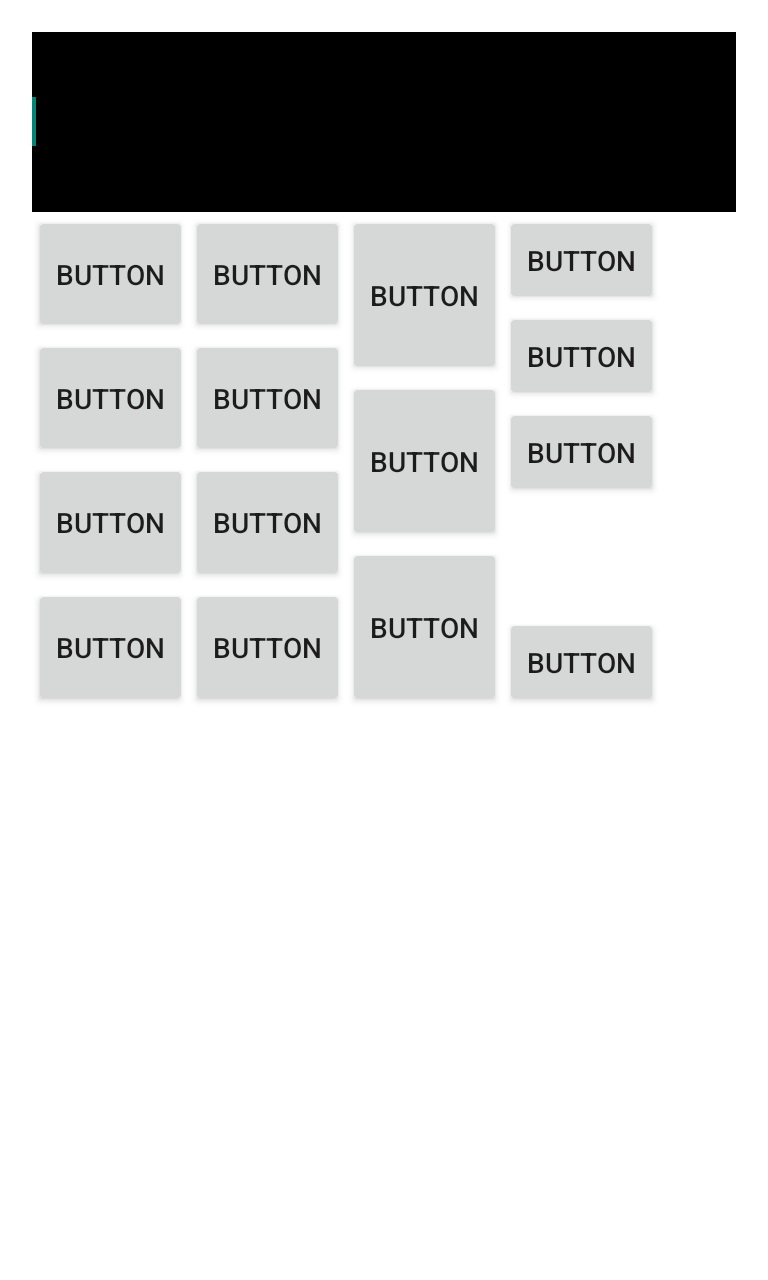
Repository: roopasree/new-pgm
Layout: Newapp/res/layout/ctivity3_main.xml
The author's editor kept a copy of each file at every save. The layout is drawn from the files as they stood at one save, then again after the next save.
It is drawn on a 768 x 1280 px phone screen (xhdpi) without system bars, with theme AppTheme; the app's code is not run.

Above is the layout before, as saved 2015-02-16 05:34:09.

### Newapp/res/layout/ctivity3_main.xml
<RelativeLayout xmlns:android="http://schemas.android.com/apk/res/android"
    xmlns:tools="http://schemas.android.com/tools"
    android:layout_width="match_parent"
    android:layout_height="match_parent"
    android:background="#ffffff"
    android:paddingBottom="@dimen/activity_vertical_margin"
    android:paddingLeft="@dimen/activity_horizontal_margin"
    android:paddingRight="@dimen/activity_horizontal_margin"
    android:paddingTop="@dimen/activity_vertical_margin"
    tools:context="com.example.newapp.MainActivity" >

    <EditText
        android:id="@+id/editText1"
        android:layout_width="match_parent"
        android:layout_height="90dp"
        android:background="#000000"
        android:ems="10" >

        <requestFocus />
    </EditText>

    <LinearLayout
        android:layout_width="wrap_content"
        android:layout_height="wrap_content"
        android:layout_alignLeft="@+id/editText1"
        android:layout_below="@+id/editText1"
        android:weightSum="4.0" >

        <LinearLayout
            android:layout_width="wrap_content"
            android:layout_height="match_parent"
            android:layout_weight="1.0"
            android:orientation="vertical"
            android:weightSum="4.0" >

            <Button
                android:id="@+id/button1"
                style="?android:attr/buttonStyleSmall"
                android:layout_width="wrap_content"
                android:layout_height="wrap_content"
                android:layout_weight="1.0"
                android:text="Button" />

            <Button
                android:id="@+id/button2"
                style="?android:attr/buttonStyleSmall"
                android:layout_width="wrap_content"
                android:layout_height="wrap_content"
                android:layout_weight="1.0"
                android:text="Button" />

            <Button
                android:id="@+id/button3"
                style="?android:attr/buttonStyleSmall"
                android:layout_width="wrap_content"
                android:layout_height="wrap_content"
                android:layout_weight="1.0"
                android:text="Button" />

            <Button
                android:id="@+id/button4"
                style="?android:attr/buttonStyleSmall"
                android:layout_width="wrap_content"
                android:layout_height="wrap_content"
                android:layout_weight="1.0"
                android:text="Button" />
        </LinearLayout>

        <LinearLayout
            android:layout_width="wrap_content"
            android:layout_height="match_parent"
            android:layout_weight="1.0"
            android:orientation="vertical" >

            <Button
                android:id="@+id/button5"
                style="?android:attr/buttonStyleSmall"
                android:layout_width="wrap_content"
                android:layout_height="wrap_content"
                android:layout_weight="1.0"
                android:text="Button" />

            <Button
                android:id="@+id/button6"
                style="?android:attr/buttonStyleSmall"
                android:layout_width="wrap_content"
                android:layout_height="wrap_content"
                android:layout_weight="1.0"
                android:text="Button" />

            <Button
                android:id="@+id/button7"
                style="?android:attr/buttonStyleSmall"
                android:layout_width="wrap_content"
                android:layout_height="wrap_content"
                android:layout_weight="1.0"
                android:text="Button" />

            <Button
                android:id="@+id/button8"
                style="?android:attr/buttonStyleSmall"
                android:layout_width="wrap_content"
                android:layout_height="wrap_content"
                android:layout_weight="1.0"
                android:text="Button" />
        </LinearLayout>

        <LinearLayout
            android:layout_width="wrap_content"
            android:layout_height="match_parent"
            android:layout_weight="1.0"
            android:orientation="vertical" >

            <Button
                android:id="@+id/button9"
                style="?android:attr/buttonStyleSmall"
                android:layout_width="wrap_content"
                android:layout_height="wrap_content"
                android:layout_weight="1.0"
                android:text="Button" />

            <Button
                android:id="@+id/button11"
                style="?android:attr/buttonStyleSmall"
                android:layout_width="wrap_content"
                android:layout_height="wrap_content"
                android:layout_weight="1.0"
                android:text="Button" />

            <Button
                android:id="@+id/button12"
                style="?android:attr/buttonStyleSmall"
                android:layout_width="wrap_content"
                android:layout_height="wrap_content"
                android:layout_weight="1.0"
                android:text="Button" />
        </LinearLayout>

        <LinearLayout
            android:layout_width="wrap_content"
            android:weightSum="4.0"
            android:layout_height="match_parent"
            android:layout_weight="1.0"
            android:orientation="vertical" >

            <Button
                android:id="@+id/button13"
                style="?android:attr/buttonStyleSmall"
                android:layout_width="wrap_content"
                android:layout_height="wrap_content"
                android:layout_weight="1.0"
                android:text="Button" />

            <Button
                android:id="@+id/button10"
                style="?android:attr/buttonStyleSmall"
                android:layout_width="wrap_content"
                android:layout_height="wrap_content"
                android:layout_weight="1.0"
                android:text="Button" />

            <Button
                android:id="@+id/button14"
                style="?android:attr/buttonStyleSmall"
                android:layout_width="wrap_content"
                android:layout_height="wrap_content"
                android:layout_weight="1.0"
                android:text="Button" />

            <Button
                android:id="@+id/button15"
                style="?android:attr/buttonStyleSmall"
                android:layout_width="wrap_content"
                android:layout_height="wrap_content"
                android:layout_marginTop="57dp"
                android:layout_weight="1.0"
                android:text="Button" />
        </LinearLayout>
    </LinearLayout>

</RelativeLayout>

Loaded but not shown: Newapp/res/values/styles.xml (common file); Newapp/res/values-v11/styles.xml (common file); Newapp/res/values-v14/styles.xml (common file); Newapp/res/values/dimens.xml (common file); Newapp/res/values-w820dp/dimens.xml (common file)

After the next save:
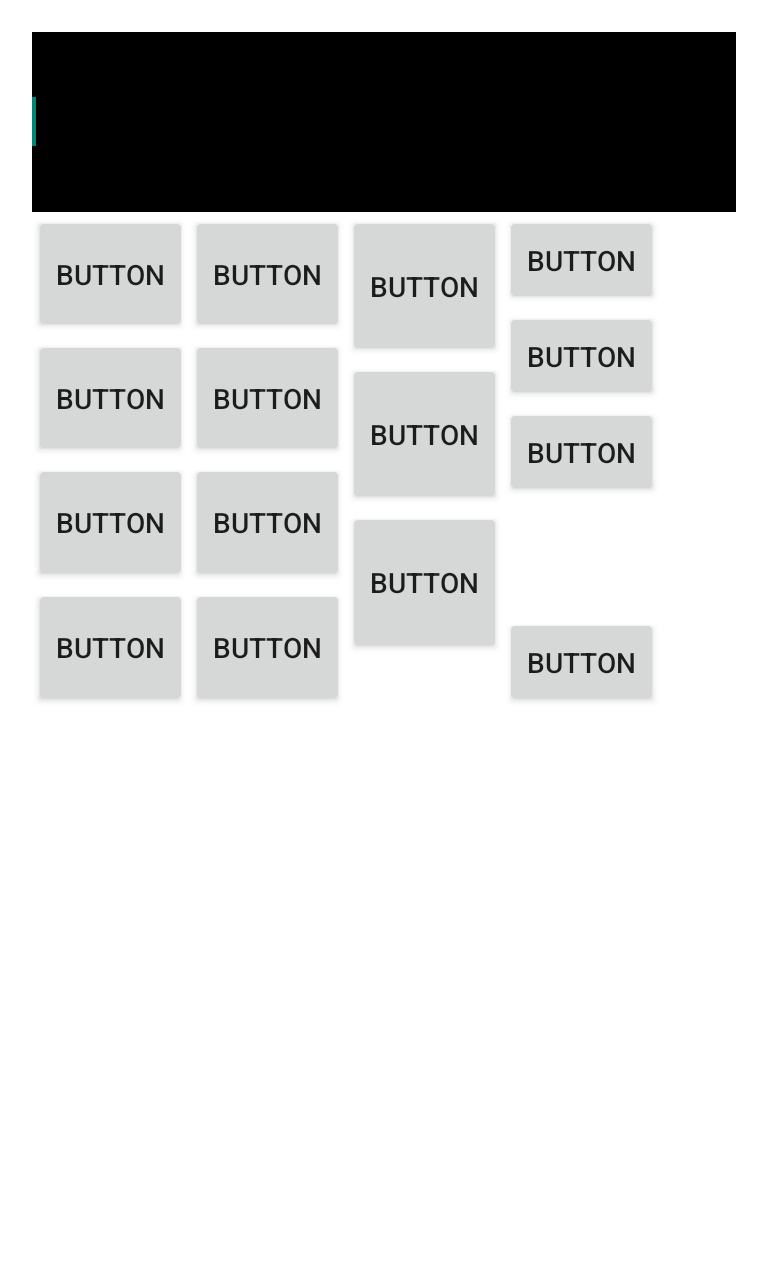
Saved 20 s later.
--- a/Newapp/res/layout/ctivity3_main.xml
+++ b/Newapp/res/layout/ctivity3_main.xml
@@ -21,6 +21,8 @@
 
     <LinearLayout
         android:layout_width="wrap_content"
+                    android:weightSum="4.0"
+
         android:layout_height="wrap_content"
         android:layout_alignLeft="@+id/editText1"
         android:layout_below="@+id/editText1"
@@ -69,6 +71,8 @@
         <LinearLayout
             android:layout_width="wrap_content"
             android:layout_height="match_parent"
+                        android:weightSum="4.0"
+
             android:layout_weight="1.0"
             android:orientation="vertical" >
 
@@ -106,6 +110,8 @@
         </LinearLayout>
 
         <LinearLayout
+                        android:weightSum="4.0"
+
             android:layout_width="wrap_content"
             android:layout_height="match_parent"
             android:layout_weight="1.0"
